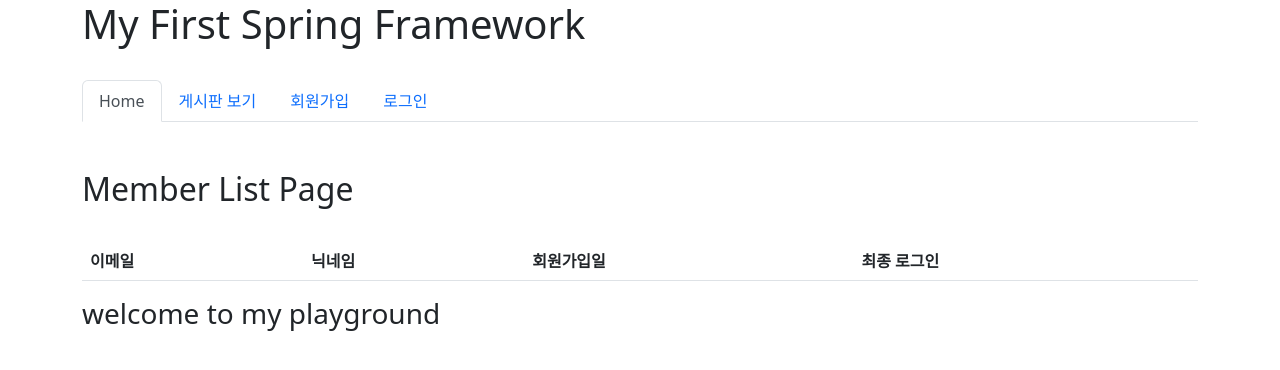
Repository: saeeeem2/2024SPRING
Page: http://localhost/spring_test2/WEB-INF/views/member/list.jsp
An editor plug-in stored every save of this project. The page is shown before and after the next save, followed by the edit.
The browser window is 1280 px wide. The pictures show the whole page.
The page is served by Tomcat 9. Nobody is signed in. The template is opened directly, without the code that normally fills it, so the values that code supplies are empty.

Above is the page before, as saved 2024-01-16 03:50:05.
Console error: TypeError: Cannot read properties of null (reading 'addEventListener')

After the next save:
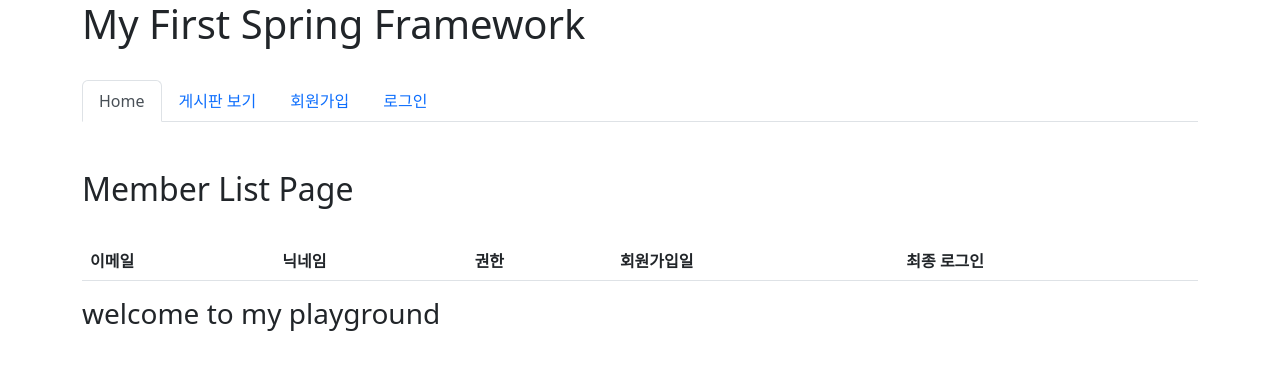
Saved 14 min 41 s later.
--- a/spring_test2/src/main/webapp/WEB-INF/views/member/list.jsp
+++ b/spring_test2/src/main/webapp/WEB-INF/views/member/list.jsp
@@ -14,6 +14,7 @@
 			<tr>
 				<th>이메일</th>
 				<th>닉네임</th>
+				<th>권한</th>
 				<th>회원가입일</th>
 				<th>최종 로그인</th>
 			</tr>
